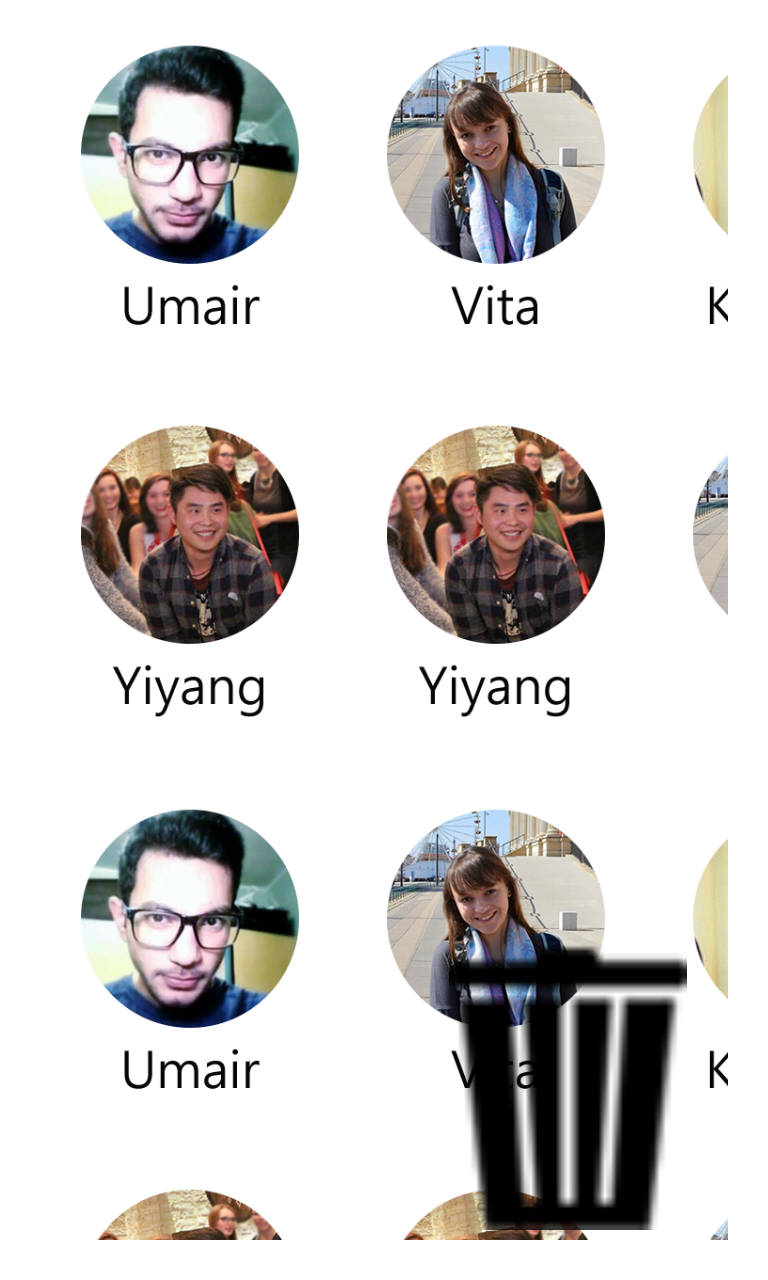
Repository: vitaabb/learnmixer
Layout: LearnMixer 4.05.2015/LearnMixer/res/layout/activity_friends.xml
These files come from the project's save history. The layout is drawn as it stood at one moment and after the next save; the edit follows.
It is drawn on a 768 x 1280 px phone screen (xhdpi) without system bars, with theme AppTheme; the app's code is not run.

Above is the layout before, as saved 2015-05-06 18:02:37.

After the next save:
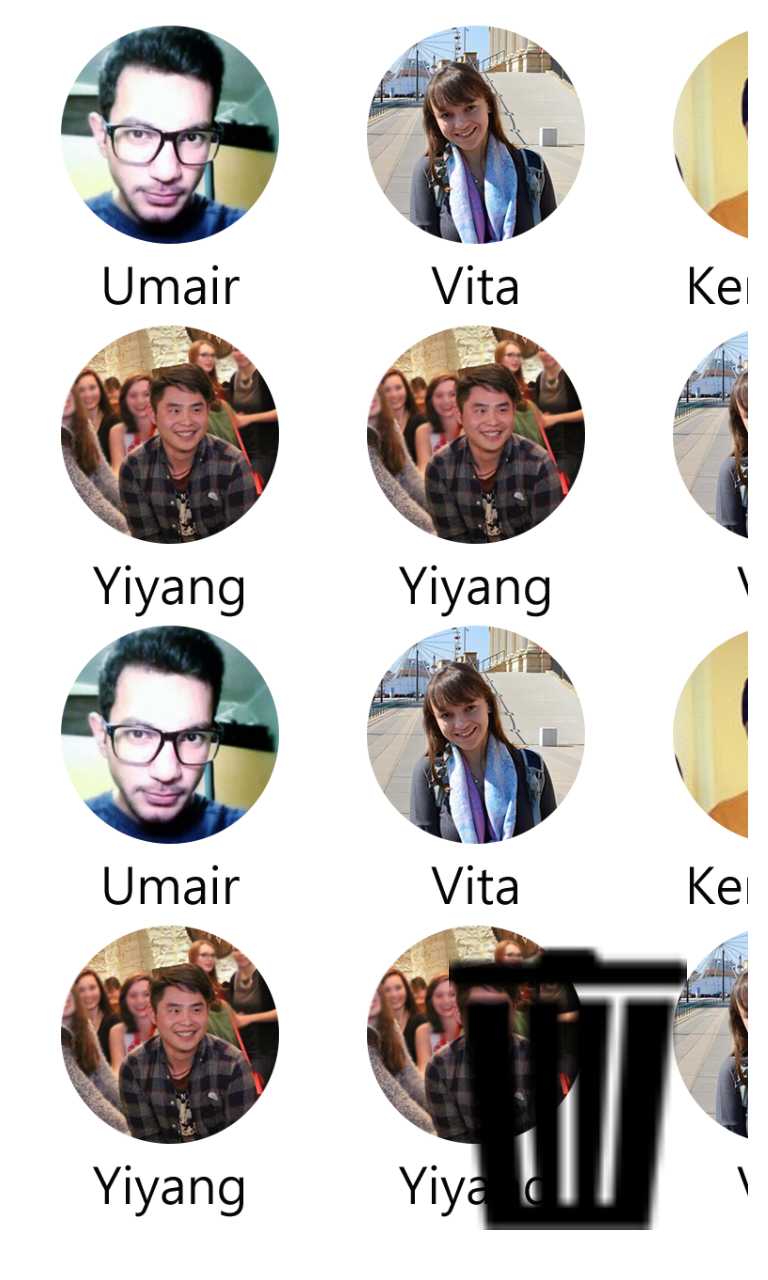
Saved 15 min 50 s later.
--- a/LearnMixer 4.05.2015/LearnMixer/res/layout/activity_friends.xml
+++ b/LearnMixer 4.05.2015/LearnMixer/res/layout/activity_friends.xml
@@ -4,13 +4,16 @@
     android:layout_height="match_parent"
     android:orientation="vertical" >
 
-    <LinearLayout
+    <GridLayout
         android:id="@+id/container"
         android:layout_width="match_parent"
         android:layout_height="wrap_content"
-        android:orientation="vertical" >
-
-        <LinearLayout
+        android:orientation="horizontal"
+        android:columnCount="5"
+        android:rowCount="4"
+        android:layout_margin="10">
+
+        <!-- <LinearLayout
             android:id="@+id/LinearLayout05"
             android:layout_width="match_parent"
             android:layout_height="382dp"
@@ -22,7 +25,7 @@
                 android:layout_height="wrap_content"
                 android:layout_margin="20dp"
                 android:orientation="horizontal" >
-
+ -->
                 <ImageView
                     android:id="@+id/fimg32"
                     android:layout_width="150dp"
@@ -57,14 +60,14 @@
                     android:layout_height="150dp"
                     android:layout_marginRight="3dp"
                     android:src="@drawable/usr1" />
-            </LinearLayout>
-
-            <LinearLayout
+        <!--     </LinearLayout> -->
+
+     <!--         <LinearLayout
                 android:id="@+id/LinearLayout01"
                 android:layout_width="wrap_content"
                 android:layout_height="wrap_content"
                 android:layout_margin="20dp"
-                android:orientation="horizontal" >
+                android:orientation="horizontal" > -->
 
                 <ImageView
                     android:id="@+id/fimg41"
@@ -100,7 +103,7 @@
                     android:layout_height="150dp"
                     android:layout_marginRight="3dp"
                     android:src="@drawable/usr5" />
-            </LinearLayout>
+       <!--       </LinearLayout>
 
             <LinearLayout
                 android:id="@+id/LinearLayout04"
@@ -126,7 +129,7 @@
             android:layout_margin="20dp"
 
             android:orientation="horizontal" >
-
+-->
             <ImageView
                 android:id="@+id/fimg_11"
                 android:layout_width="150dp"
@@ -161,7 +164,7 @@
                 android:layout_height="150dp"
                 android:layout_marginRight="3dp"
                 android:src="@drawable/usr1" />
-        </LinearLayout>
+   <!--       </LinearLayout>
 
         <LinearLayout
             android:id="@+id/row2"
@@ -169,7 +172,7 @@
             android:layout_height="wrap_content"
             android:layout_margin="20dp"
             android:orientation="horizontal" >
-
+-->
             <ImageView
                 android:id="@+id/fimg_21"
                 android:layout_width="150dp"
@@ -204,7 +207,7 @@
                 android:layout_height="150dp"
                 android:layout_marginRight="3dp"
                 android:src="@drawable/usr5" />
-        </LinearLayout>
+    <!--      </LinearLayout>
 
         <LinearLayout
             android:id="@+id/row3"
@@ -220,8 +223,8 @@
             android:layout_height="wrap_content"
             android:layout_margin="20dp"
             android:orientation="horizontal" >
-        </LinearLayout>
-    </LinearLayout>
+        </LinearLayout> -->
+    </GridLayout>
 
     <RelativeLayout
         android:id="@+id/addgroupContainer"
